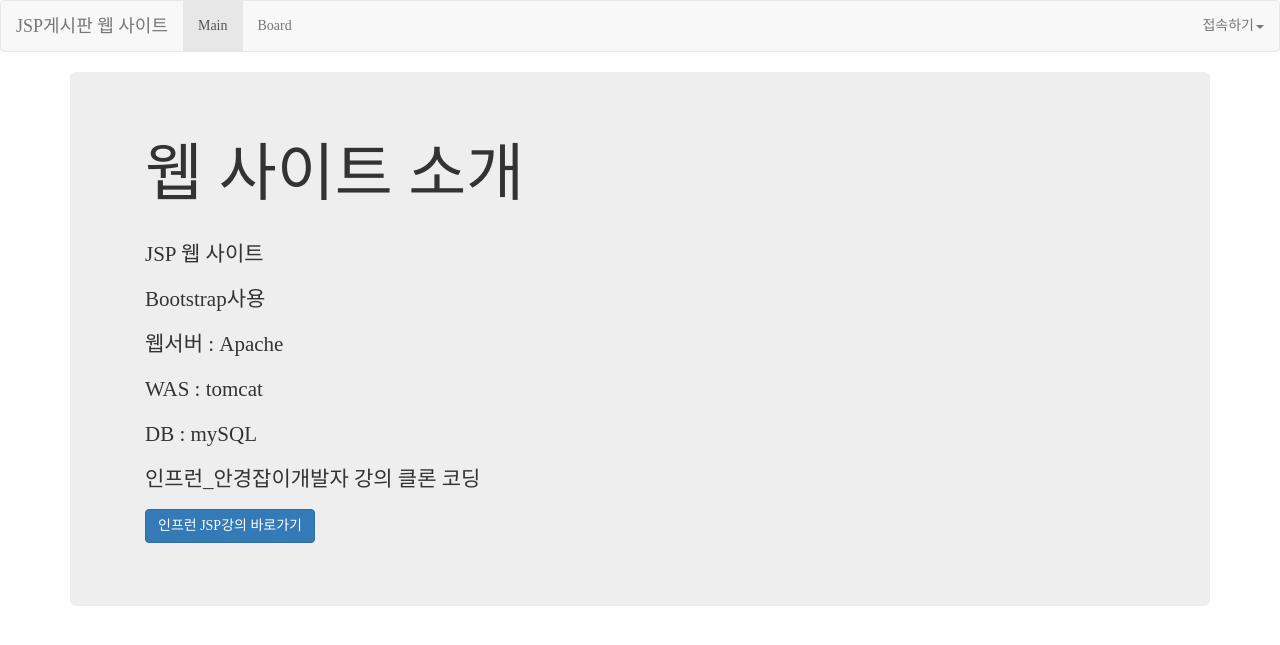
Repository: kwonsye/JSP_Board
Page: http://localhost/BBS/main.jsp
These files come from the project's save history. The page is drawn as it stood at one moment and after the next save; the edit follows.
The browser window is 1280 px wide. The pictures show the whole page.
Some web fonts or font styles are not loaded; a fallback is used. Some web libraries are served in a nearby version. The page is served by Tomcat 9.

Above is the page before, as saved 2019-01-06 16:18:13.

After the next save:
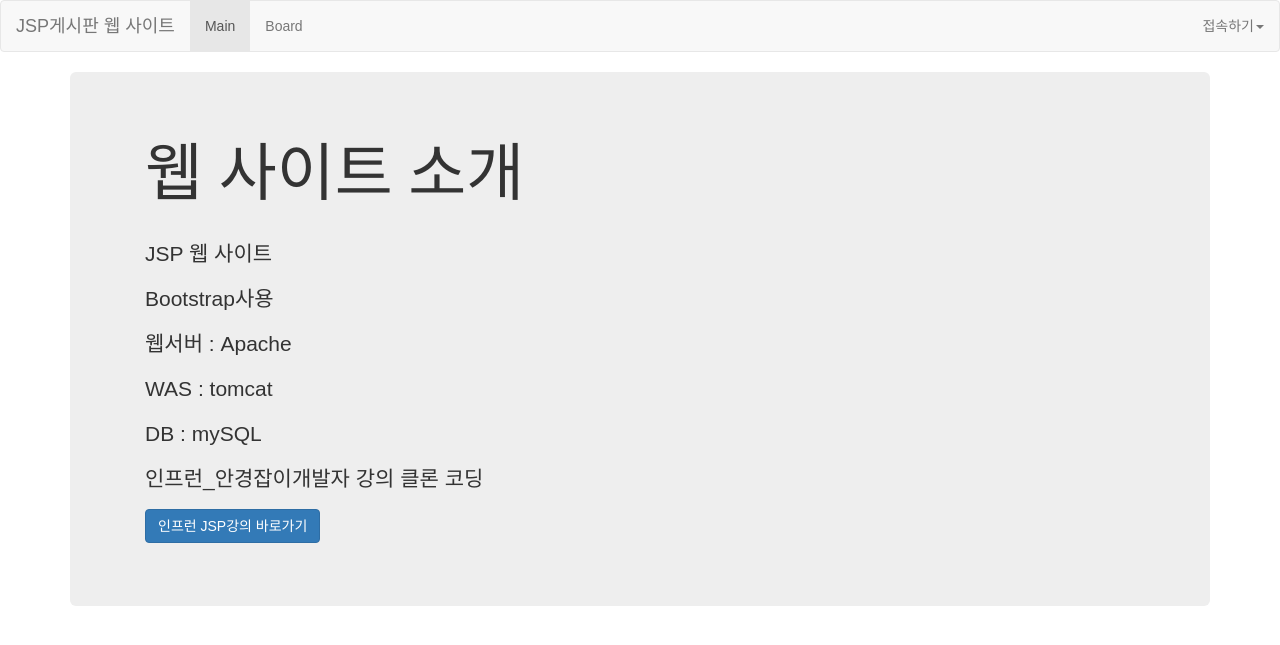
Saved 78 s later.
--- a/projects/BBS/WebContent/css/custom.css
+++ b/projects/BBS/WebContent/css/custom.css
@@ -1,7 +1,6 @@
-@import url('https://fonts.googleapis.com/css?family=Nanum+Brush+Script|Nanum+Pen+Script');
-
+@import url('https://fonts.googleapis.com/css?family=Nanum+Pen+Script|Sunflower:300');
 * {
-	font-family: 'Nanum Brush Script', cursive;
+	font-family: 'Sunflower', sans-serif;
 }
 
 h1 {
